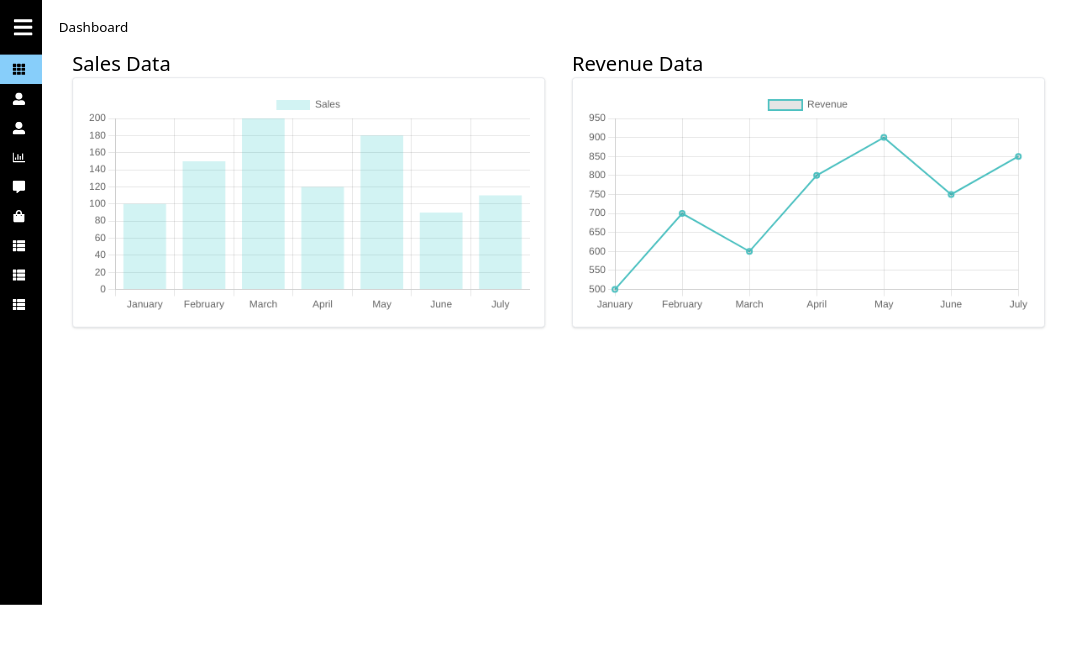
Repository: AndargWorku12/admin-dashboard
Page: /
An editor plug-in stored every save of this project. The page is shown before and after the next save, followed by the edit.
The browser window is 1280 px wide. The pictures show the whole page, at 84% of full size.
The project was rebuilt for these pictures with package versions that can differ from the ones it lists, and the page was loaded fresh each time. Also part of the build but not shown: src/pages/Orders.tsx, src/pages/Category.tsx, src/pages/Login.tsx, src/pages/CustemerReview.tsx, src/pages/ProductList.tsx, src/pages/ShopCard.tsx, src/pages/SignUpForm.tsx, src/pages/ForgetPassword.tsx.

Above is the page before, as saved 2024-01-29 05:32:41.

After the next save:
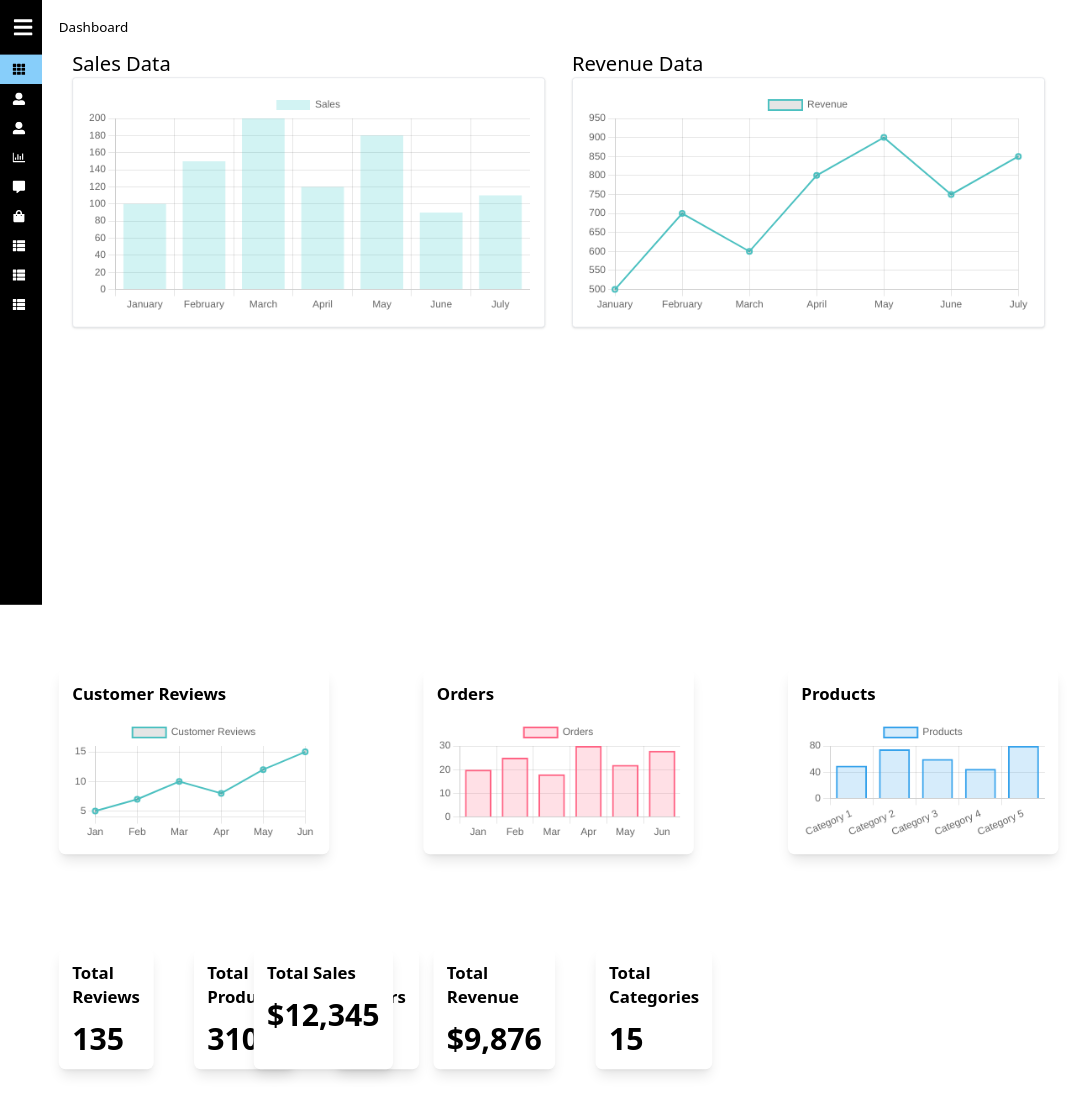
Saved 68 s later.
--- a/src/pages/Dashboard.tsx
+++ b/src/pages/Dashboard.tsx
@@ -11,6 +11,7 @@ import {
   Tooltip,
   Legend,
 } from 'chart.js';
+import AnalyticsPage from './Analytics';
 
 ChartJS.register(
   CategoryScale,
@@ -88,6 +89,7 @@ const Dashboard: React.FC<DashboardProps> = ({ saleData, revenueData }) => {
         </div>
       </div>
       </div>
+      <AnalyticsPage/>
     </div>
   );
 };
